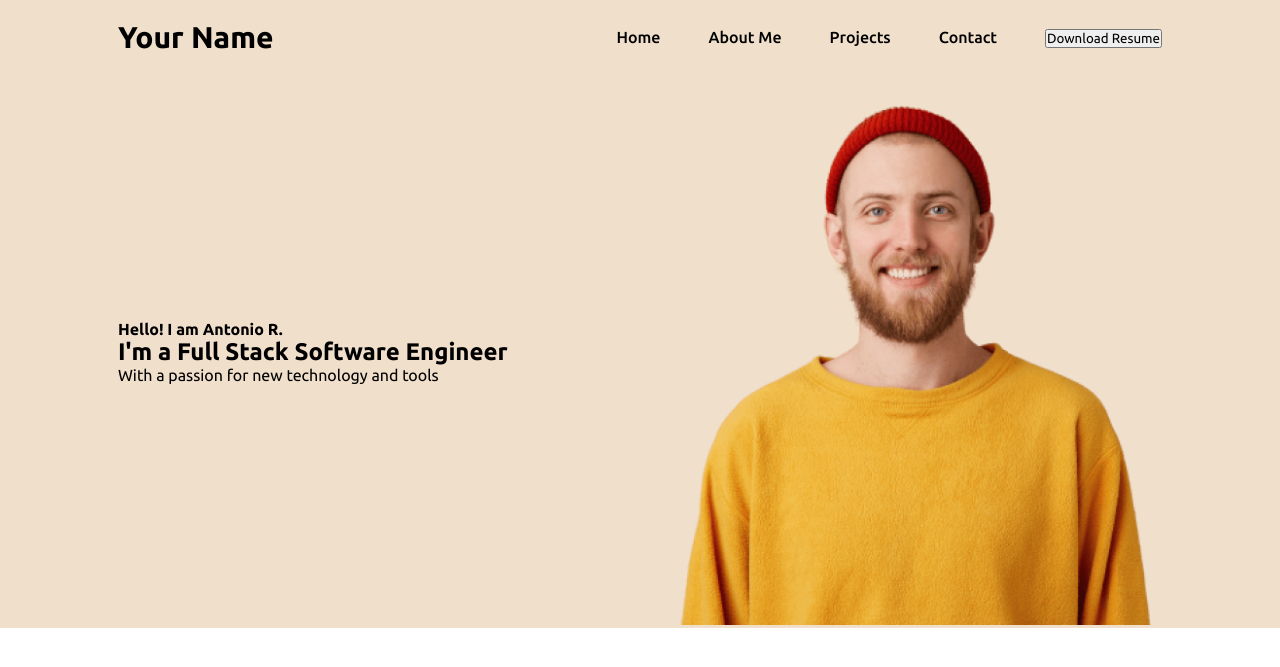
Repository: DevAntonioRogers/vanilla-portfolio
Page: index.html
These files come from the project's save history. The page is drawn as it stood at one moment and after the next save; the edit follows.
The browser window is 1280 px wide. The pictures show the whole page.

Above is the page before, as saved 2023-07-14 16:30:47.

### index.html
<!DOCTYPE html>
<html lang="en">
  <head>
    <meta charset="UTF-8" />
    <meta name="viewport" content="width=device-width, initial-scale=1.0" />
    <link rel="stylesheet" href="style.css" />
    <title>Antonio Rogers</title>
  </head>
  <body>
    <nav>
      <div class="container navbar">
        <a href="/" aria-label="Home"> <h1>Your Name</h1></a>
        <ul>
          <li>
            <a href="/" aria-label="Home">Home</a>
          </li>
          <li>
            <a href="/" aria-label="About Me">About Me</a>
          </li>
          <li>
            <a href="/" aria-label="Projects">Projects</a>
          </li>
          <li>
            <a href="/" aria-label="Contact">Contact</a>
          </li>
          <li>
            <a href="/resume.pdf" download aria-label="Download Resume">
              <button class="navbar-button">Download Resume</button>
            </a>
          </li>
        </ul>
      </div>
    </nav>

    <section class="hero">
      <div class="container hero-container">
        <div>
          <h4>Hello! I am Antonio R.</h4>
          <h1>I'm a Full Stack Software Engineer</h1>
          <p>With a passion for new technology and tools</p>
        </div>

        <div>
          <img src="./software.png" alt="" />
        </div>
      </div>
    </section>
  </body>
</html>

### style.css
@import url("https://fonts.googleapis.com/css2?family=Ubuntu:wght@300;400;500;700&display=swap");

* {
  box-sizing: border-box;
  padding: 0;
  margin: 0;
  font-family: "Ubuntu", sans-serif;
}

a {
  text-decoration: none;
  color: inherit;
}

li {
  list-style: none;
}

.container {
  width: 89%;
  margin: auto;
  max-width: 1044px;
}

/* NAVBAR STYLING */

nav {
  background: #f0dfcb;
  padding: 20px 0;
}

.navbar {
  display: flex;
  justify-content: space-between;
  align-items: center;
}

.navbar h1 {
  font-size: 30px;
  font-weight: 700;
}

.navbar ul {
  display: flex;
  gap: 3rem;
}

.navbar ul li {
  font-weight: 500;
}

/* HERO STYLES */

.hero {
  background-color: #f0dfcb;
}

.hero-container {
  display: grid;
  grid-template-columns: repeat(2, minmax(0, 1fr));
  align-items: center;
  gap: 1.5rem;
}

.hero-container img {
  height: 550px;
  position: relative;
  mask-size: auto;
}

After the next save:
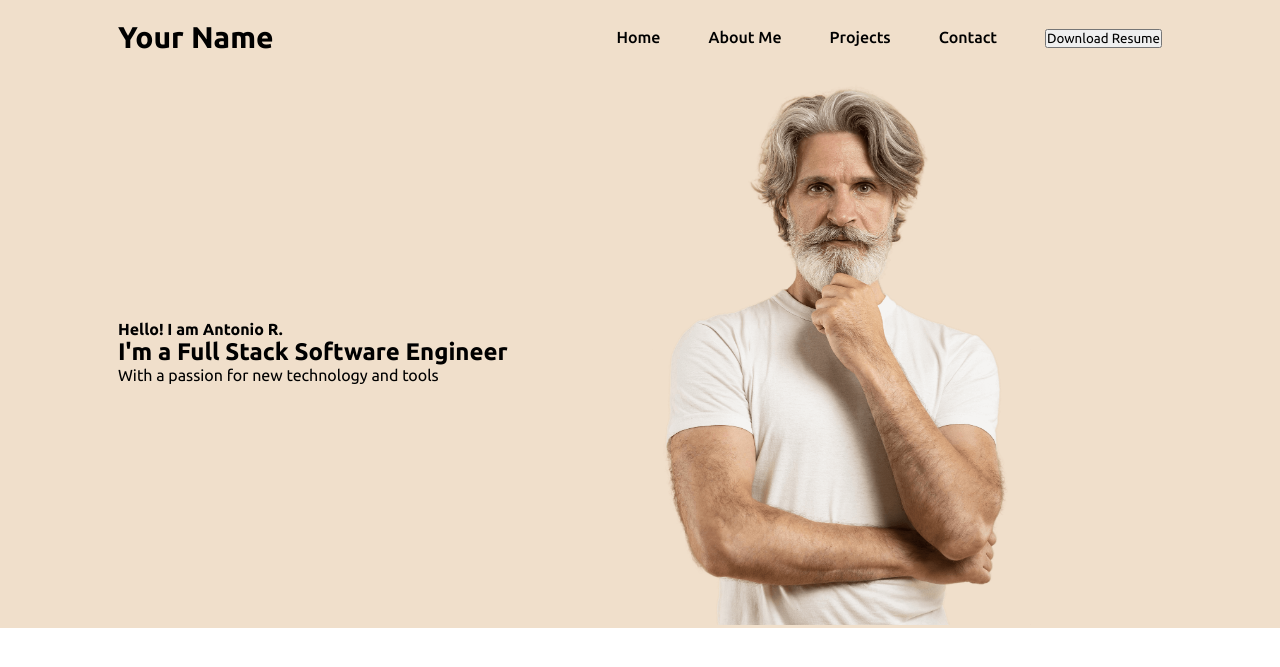
Saved 3 min 52 s later.
--- a/index.html
+++ b/index.html
@@ -41,7 +41,7 @@
         </div>
 
         <div>
-          <img src="./software.png" alt="" />
+          <img src="./01.png" alt="" />
         </div>
       </div>
     </section>
